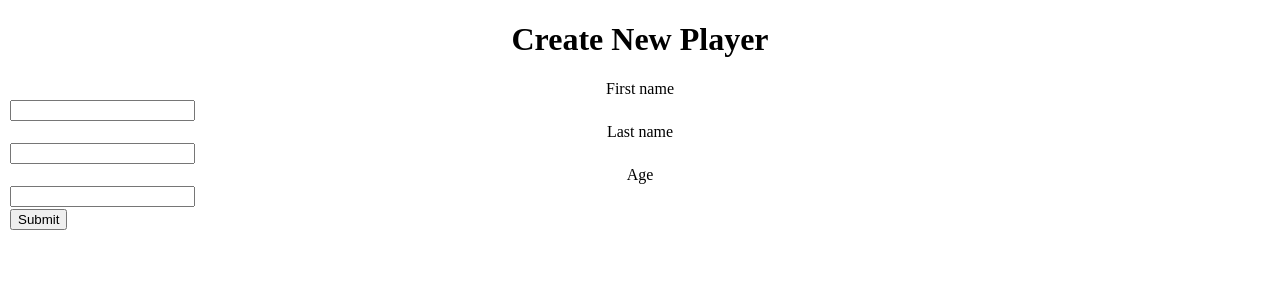
Repository: harshithamagani/Java-Basics
Page: http://localhost/team-roster/player
An editor plug-in stored every save of this project. The page is shown before and after the next save, followed by the edit.
The browser window is 1280 px wide. The pictures show the whole page.
The page is served by Tomcat 9.

Above is the page before, as saved 2019-11-06 04:13:12.

After the next save:
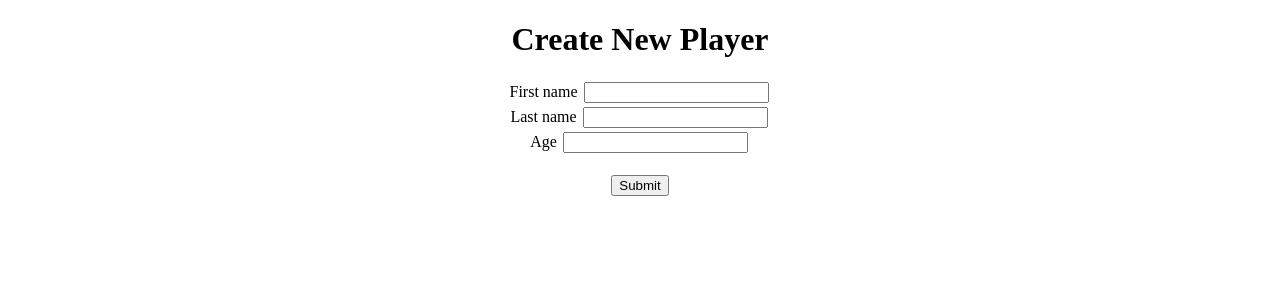
Saved 2 min 49 s later.
--- a/team-roster/WebContent/WEB-INF/createPlayerForm.jsp
+++ b/team-roster/WebContent/WEB-INF/createPlayerForm.jsp
@@ -11,8 +11,6 @@
 		}
 		input{
 		margin:2px;
-		display: block;
-		text-align: center;
 		}
 	</style>
 </head>
@@ -21,11 +19,11 @@
 	<h1>Create New Player</h1>
 		<form action="/team-roster/team" method="post">
 			  <label>First name</label>
-			  <input name="first-name" type="text">
+			  <input name="first-name" type="text"><br>
 			  <label>Last name</label>
-			  <input name="last-name" type="text">
+			  <input name="last-name" type="text"><br>
 			  <label>Age</label>
-			  <input name="age" type="text">
+			  <input name="age" type="text"><br><br>
 			  <input name="submit" value="Submit" type="submit">
 		</form>
 	</div>
